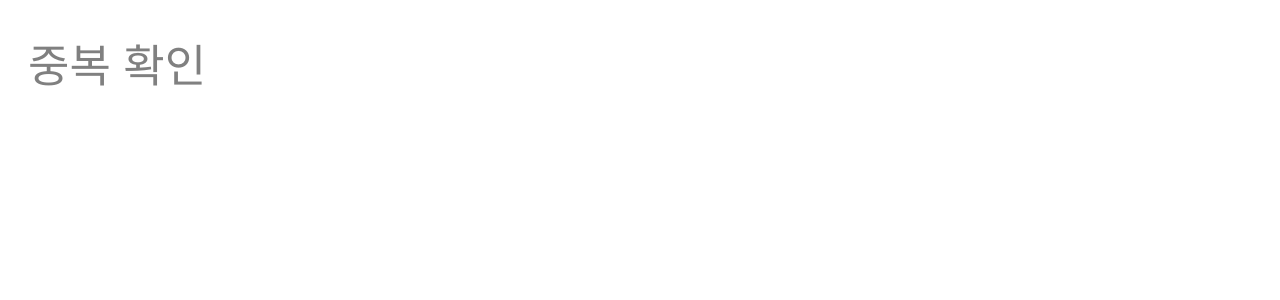
Repository: yujisu01/2021_504_java
Page: http://localhost/bizpoll/member/idcheck.jsp
An editor plug-in stored every save of this project. The page is shown before and after the next save, followed by the edit.
The browser window is 1280 px wide. The pictures show the whole page.
The page is served by Tomcat 9.

Above is the page before, as saved 2021-04-21 07:16:52.

After the next save:
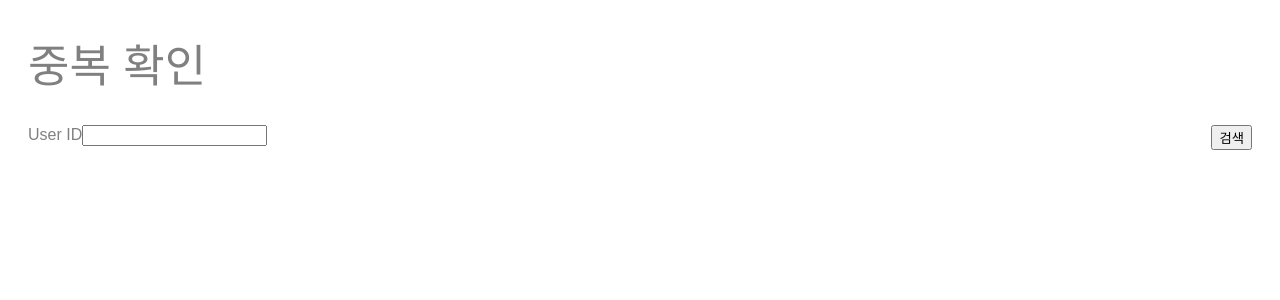
Saved 87 s later.
--- a/bizpoll/WebContent/member/idcheck.jsp
+++ b/bizpoll/WebContent/member/idcheck.jsp
@@ -42,6 +42,8 @@
 	<div id="wrap">
 		<h1>중복 확인</h1>
 		<form action="id_check_form.bizpoll" name="frm" method="post" style="margin-right: 0">
+		 User ID<input type="text" name="id" value="">
+		 		<input type="submit" value="검색" class="submit"><br>
 		</form>
 	</div>
 
